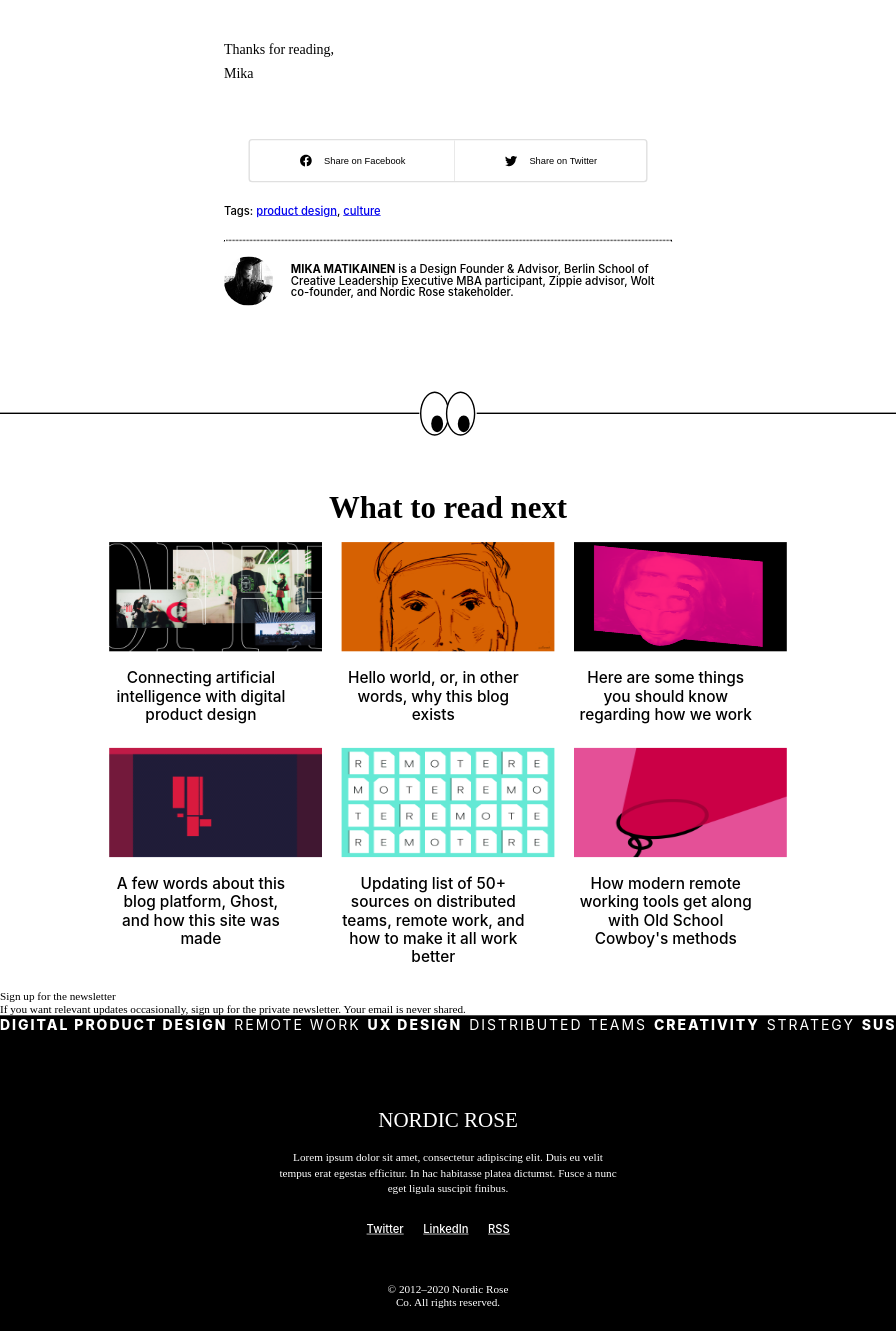
Repository: ThuTrang-jvb/JVB-BT1
Page: Page 3/article.html
The author's editor kept a copy of each file at every save. The page is drawn from the files as they stood at one save, then again after the next save.
The browser window is 1280 px wide. The pictures show the part of the page from y = 3379 to 5299 px (the page is 5280 px tall before and 5299 px after), at 70% of full size.

Above is the page before, as saved 2025-06-30 09:51:45.

### Page 3/article.html
<!DOCTYPE html>
<html lang="en">
<head>
    <meta charset="UTF-8">
    <meta name="viewport" content="width=device-width, initial-scale=1.0">
    <link rel="stylesheet" href="styleArticle.css">
    <link href="https://fonts.googleapis.com/css2?family=Playfair+Display&display=swap" rel="stylesheet">
    <title>Article</title>
</head>
<body>
    <div class="header">
        <h1>NORDIC ROSE</h1>
        <div class="nav">
            <p class="active">blog</p>
            <p>about</p>
            <p>links</p>
            <p>projects</p>
        </div>
        <div class="hamburger">
            <span></span>
            <span></span>
            <span></span>
        </div>
    </div>
    <hr>
    <div class="main">
        <div class="title">
            <h1>A few words about this blog platform, Ghost, and how this site was made</h1>
            <p>Why Ghost (& Figma) instead of Medium, <br> WordPress or other options?</p>
            <img src="image/image 2.png" alt="image 2">
            <hr>
        </div>
        <div class="status">
            <div class="status_img">
                <img src="image/anh_nen.png" alt="image 3">
                <div class="status_text">
                    <p class="bold_p">Mika MAtikainen</p>
                    <p>Apr 15, 2020 · 4 min read</p>
                </div>

            </div>

            <div class="share-buttons">
                <button class="share-btn" aria-label="Share on Facebook">
                    <svg width="18" height="18" viewBox="0 0 24 24" fill="#000" xmlns="http://www.w3.org/2000/svg">
                    <path d="M22 12.07C22 6.48 17.52 2 12 2S2 6.48 2 12.07c0 5 3.66 9.13 8.44 9.93v-7.03h-2.54v-2.9h2.54V9.41c0-2.5 1.49-3.89 3.77-3.89 1.09 0 2.24.2 2.24.2v2.46h-1.26c-1.24 0-1.63.77-1.63 1.56v1.87h2.78l-.44 2.9h-2.34v7.03C18.34 21.2 22 17.07 22 12.07z"/>
                    </svg>
                </button>
                <button class="share-btn" aria-label="Share on Twitter">
                    <svg width="18" height="18" viewBox="0 0 24 24" fill="#000" xmlns="http://www.w3.org/2000/svg">
                    <path d="M22.46 6c-.77.35-1.6.58-2.46.69a4.28 4.28 0 0 0 1.88-2.36 8.56 8.56 0 0 1-2.71 1.04 4.26 4.26 0 0 0-7.26 3.88 12.09 12.09 0 0 1-8.77-4.45 4.26 4.26 0 0 0 1.32 5.69 4.23 4.23 0 0 1-1.93-.53v.05a4.26 4.26 0 0 0 3.42 4.17 4.29 4.29 0 0 1-1.92.07 4.26 4.26 0 0 0 3.98 2.96A8.54 8.54 0 0 1 2 19.54 12.07 12.07 0 0 0 8.29 21.5c7.55 0 11.68-6.26 11.68-11.68 0-.18 0-.35-.01-.53A8.36 8.36 0 0 0 22.46 6z"/>
                    </svg>
                </button>
            </div>
        </div>
        <div class="caption">
            <pre>Lorem ipsum dolor sit amet, consectetur adipiscing elit. Duis eu velit
tempus erat egestas efficitur. In hac habitasse platea dictumst. Fusce a
nunc eget ligula suscipit finibus. Aenean pharetra quis lacus at viverra.

Class aptent taciti sociosqu ad litora torquent per conubia nostra, per
inceptos himenaeos. Aliquam quis posuere ligula. In eu dui molestie, molestie
lectus eu, semper lectus.</pre>
            <h2>Next on the pipeline</h2>
            <pre>Duis eu velit tempus erat egestas efficitur. In hac habitasse platea
dictumst. Fusce a nunc eget ligula suscipit finibus. Aenean pharetra
quis lacus at viverra. Class aptent taciti sociosqu ad litora torquent per
conubia nostra, per inceptos himenaeos.

Morbi efficitur auctor metus, id mollis lorem pellentesque id. Nullam
posuere maximus dui et fringilla. </pre>
            <figure>
                <img src="image/3cc5df540f70fc0ba5d96cdc94c3d237971a9b6e.jpg" alt="Rectangle 8">
                <figcaption>Image caption centered this way and I’ll make this a bit longer to indicate the amount of line-height. </figcaption>
            </figure>
            <pre>Aenean pharetra quis lacus at viverra. Class aptent taciti sociosqu ad
litora torquent per conubia nostra, per inceptos himenaeos. Aliquam
quis posuere ligula.

In eu dui molestie, molestie lectus eu, semper lectus. Proin at justo
lacinia, auctor nisl et, consequat ante. Donec sit amet nisi arcu. Morbi
efficitur auctor metus, id mollis lorem pellentesque id. Nullam
posuere maximus dui et fringilla. Nulla non volutpat leo.</pre>
            <p>A list looks like this:</p>
            <ul>
                <li>First item in the list</li>
                <li>Second item in the list lorem ipsum dolor sit amet nunc felis dolor lorem ipsum sit amet</li>
                <li>Third item in the list</li>
            </ul>
            <p>Class aptent taciti sociosqu ad litora torquent per conubia nostra, per inceptos himenaeos. Aliquam quis posuere ligula. </p>
            <p>Thanks for reading,<br>
            Mika</p>
        </div>
        <div class="links">
            <div class="share-buttons">
                <button class="share-btn" aria-label="Share on Facebook">
                    <svg width="18" height="18" viewBox="0 0 24 24" fill="#000" xmlns="http://www.w3.org/2000/svg">
                        <path d="M22 12.07C22 6.48 17.52 2 12 2S2 6.48 2 12.07c0 5 3.66 9.13 8.44 9.93v-7.03h-2.54v-2.9h2.54V9.41c0-2.5 1.49-3.89 3.77-3.89 1.09 0 2.24.2 2.24.2v2.46h-1.26c-1.24 0-1.63.77-1.63 1.56v1.87h2.78l-.44 2.9h-2.34v7.03C18.34 21.2 22 17.07 22 12.07z"/>
                        <span>Share on Facebook</span>
                    </svg>
                </button>
                <button class="share-btn" aria-label="Share on Twitter">
                    <svg width="18" height="18" viewBox="0 0 24 24" fill="#000" xmlns="http://www.w3.org/2000/svg">
                    <path d="M22.46 6c-.77.35-1.6.58-2.46.69a4.28 4.28 0 0 0 1.88-2.36 8.56 8.56 0 0 1-2.71 1.04 4.26 4.26 0 0 0-7.26 3.88 12.09 12.09 0 0 1-8.77-4.45 4.26 4.26 0 0 0 1.32 5.69 4.23 4.23 0 0 1-1.93-.53v.05a4.26 4.26 0 0 0 3.42 4.17 4.29 4.29 0 0 1-1.92.07 4.26 4.26 0 0 0 3.98 2.96A8.54 8.54 0 0 1 2 19.54 12.07 12.07 0 0 0 8.29 21.5c7.55 0 11.68-6.26 11.68-11.68 0-.18 0-.35-.01-.53A8.36 8.36 0 0 0 22.46 6z"/>
                    <span>Share on Twitter</span>
                    </svg>
                </button>
            </div>
        </div>
        <div class="tag">
            <p>Tags: <a href="#">product design</a>, <a href="#">culture</a></p>
            <hr>
            <div class="status_tag">
                <img src="image/anh_nen.png" alt="image 3">
                <div class="status_text_end">
                    <p> <b>MIKA MATIKAINEN</b> is a Design Founder & Advisor, Berlin School of Creative Leadership Executive MBA participant, Zippie advisor, Wolt co-founder, and Nordic Rose stakeholder.  </p>
                </div>

            </div>
        </div>
    </div>
    <div class="divider">
        <div class="path"></div>
        <div class="eyes">
            <div class="eye eye-left">
                <div class="pupil"></div>
            </div>
            <div class="eye eye-right">
                <div class="pupil"></div>
            </div>
        </div>
        <div class="path"></div>
    </div>
    <div>
        <h3>What to read next</h3>
        <div class="image">
            <div class="image_line">
                <img src="image/image1.png" alt="Rectangle 4">
                <p>Connecting artificial intelligence with digital product design</p>
            </div>
            <div class="image_line">
                <img src="image/image2.png" alt="Rectangle 11">
                <p>Hello world, or, in other words, why this blog exists</p>
            </div>
            <div class="image_line">
                <img src="image/image.png" alt="Rectangle 10">
                <p>Here are some things you should know regarding how we work </p>
            </div>
        </div>
        <div class="image_desktop">
            <div class="image_line">
                <img src="image/image13.png" alt="Rectangle 37">
                <p>A few words about this blog platform, Ghost, and how this site was made</p>
            </div>
            <div class="image_line">
                <img src="image/image12.png" alt="Rectangle 39">
                <p>Updating list of 50+ sources on distributed teams, remote work, and how to make it all work better</p>
            </div>
            <div class="image_line">
                <img src="image/image11.png" alt="Rectangle 38">
                <p>How modern remote working tools get along with Old School Cowboy's methods</p>
            </div>
        </div>
    </div>
    <div>
        <p>Sign up for the newsletter</p>
        <p>If you want relevant updates occasionally, sign up for the private newsletter. Your email is never shared. </p>
    </div>



    <div class="footer">
        <div class="line-wrap">
            <div class="line">
                <span class="bold">Digital product design</span>
                <span>Remote work</span>
                <span class="bold">UX design</span>
                <span>Distributed teams</span>
                <span class="bold">Creativity</span>
                <span>Strategy</span>
                <span class="bold">Suspense</span>
                <span>Growth</span>
            </div>
        </div>
        <p class="logo">NORDIC ROSE</p>
        <p class="para">Lorem ipsum dolor sit amet, consectetur adipiscing elit. Duis eu velit tempus erat egestas efficitur. In hac habitasse platea dictumst. Fusce a nunc eget ligula suscipit finibus. </p>
        <div class="info">
            <p>Twitter</p>
            <p>LinkedIn</p>
            <p>RSS</p>
        </div>
        <p class="year">© 2012–2020 Nordic Rose Co. All rights reserved. </p>
    </div>
</body>
</html>

### Page 3/styleArticle.css
 * {
    margin: 0;
    padding: 0;
    box-sizing: border-box;
 }
.header {
    width: 100%;
    max-width: 1440px;
    height: auto;
    box-sizing: border-box;
    justify-content: space-between;
    align-items: center;
    display: flex;
    gap: 476.59px;
    padding: 52.54px 61px 40px 63.58px;
    height: 134px;
}
.header h1 {
    font-weight: 400;
    font-size: 30px;
}
.hamburger {
  display: none;
  flex-direction: column;
  gap: 5px;
  cursor: pointer;
}

.hamburger span {
  width: 25px;
  height: 3px;
  background-color: black;
  display: block;
  border-radius: 2px;
}
.nav {
    display: flex;
    justify-content: center;
    gap: 34px;
}
.nav p {
    position: relative;
    font-family: New York Small;
    font-weight: 500;
    font-size: 20px;
    line-height: 170%;
    letter-spacing: 2.8px;
    text-align: center;
    text-transform: uppercase;
    margin: 0;
    text-decoration: none;

}

.nav p.active::after {
    content: "";
    position: absolute;
    bottom: -43px;
    left: 50%;
    transform: translateX(-50%);
    width: 50px;
    height: 2px;
    background-color: #000;
}

hr {
  width: 100vw;
  border: none;
  border-top: 1px solid #ccc;
  margin: 0;
}
.title img {
    width: 100vw;
    height: auto;
    display: block;
    padding-bottom: 44px;
    margin: 0 auto;
}
.title h1 {
    font-family: New York Extra Large;
    font-weight: 700;
    font-size: 54px;
    line-height: 100%;
    letter-spacing: 0%;
    text-align: center;
    margin: 0 auto;
    max-width: 858px;
    padding-top: 52px;
    padding-bottom: 32px;
}
.title p {
    font-family: SF Mono;
    font-weight: 400;
    font-size: 20px;
    line-height: 170%;
    letter-spacing: 0%;
    text-align: center;
    max-width: 592px;
    margin: 0 auto;
    padding-bottom: 52px;

}
.title hr {
    border: 2px solid #000000;
    width: 640px;
    display: block;
    margin: 0 auto;
}
.status_img img {
    width: 56px;
    height: 56px;
    object-fit: cover;
    border-radius: 50%;
}
.share-buttons {
    display: flex;
    border: 2px solid #e0e0e0;
    border-radius: 5px;
    overflow: hidden;
    width: fit-content;
    background-color: #fff;
    margin-left: 273px;
    margin-top: 1px;
}
.share-btn {
    border: none;
    padding: 12.04px 25px;
    background: transparent;
    cursor: pointer;
    display: flex;
    align-items: center;
    justify-content: center;
    outline: none;
    gap: 16px;
}

.share-btn + .share-btn {
    border-left: 1px solid #e0e0e0;
}

.share-btn svg {
    width: 20px;
    height: 20px;
}
.status {
    display: flex;
    justify-content: center;
    align-items: center;
}
.status_img {
    display: flex;
    align-items: center;
    gap: 5px;
    padding-top: 24px;
    padding-bottom: 53px;
}
.bold_p {
    max-width: 191px;
    font-family: SF Pro Text;
    font-weight: 700;
    font-size: 16px;
    line-height: 100%;
    letter-spacing: 5%;
    text-transform: uppercase;
}
.status_text p {
    font-family: SF Pro Text;
    font-weight: 400;
    font-size: 16px;
    line-height: 100%;
    letter-spacing: 0%;
}
.status_text {
    padding-top: 5px;
}
.caption pre{
    text-align: left;
    margin: 0 auto;
    max-width: 640px;
    font-family: 'SF Pro Text', 'New York Medium', serif;
    font-weight: 400;
    font-size: 20px;
    line-height: 170%;
    letter-spacing: 0%;

}

.caption h2 {
    font-family: SF Pro Display;
    font-weight: 700;
    font-size: 32px;
    line-height: 160%;
    letter-spacing: 0%;
    padding-top: 57px;
    padding-bottom: 24px;
    text-align: left;
    max-width: 640px;
    margin: 0 auto;
}
.caption img {
    width: 854px;
    height: 570px;
    display: block;
    margin: 0 auto;
    padding-top: 52px;
    padding-bottom: 12px;
}
figcaption {
    max-width: 481px;
    text-align: center;
    margin: 0 auto;
    padding-bottom: 52px;
}
.caption p {
    font-family: New York Medium;
    font-weight: 400;
    font-size: 20px;
    line-height: 170%;
    letter-spacing: 0%;
    text-align: left;
    margin: 0 auto;
    max-width: 640px;
    padding-top: 52px;
}
li {
    font-family: New York Medium;
    font-weight: 400;
    font-size: 20px;
    line-height: 170%;
    letter-spacing: 0%;
    text-align: left;
    margin: 0 auto;
    max-width: 588px;
}
ul {
    padding-top: 19px;
}
.links {
    display: block;
    margin: 0 auto;
    padding-top: 77px;

}
.links .share-buttons{
    margin: 0 auto;
}
.links .share-btn {
    padding: 19px 70px;
}
.tag p {
    max-width: 640px;
    text-align: left;
    margin: 0 auto;
    padding-top: 32px;
    padding-bottom: 34px;
    font-family: SF Pro Text;
    font-weight: 500;
    font-size: 16px;
    line-height: 100%;
    letter-spacing: 3%;

}
.tag hr {
    border: 1px dotted #000000;
    width: 640px;
    display: block;
    margin: 0 auto;
}
.status_text_end {
    display: flex;
    max-width: 543px;
    text-align: left;
    margin: 0 auto;
    font-family: SF Pro Text;
    font-weight: 400;
    font-size: 16px;
    line-height: 160%;
    letter-spacing: 5%;

}
.status_tag img {
    width: 70px;
    height: 70px;
    object-fit: cover;
    border-radius: 50%;
}
.status_tag {
    display: flex;
    align-items: center;
    gap: 24px;
    max-width: 640px;
    margin: 0 auto;
}



.footer {
    background-color: #000000;
    color: white;
    text-align: center;
    padding-bottom:32px;
}
.bold {
    font-weight: 800;
}
.line {
    display: flex;
    flex-wrap: nowrap;
    overflow-x: auto;
    max-width: 100%;
    letter-spacing: 2.8px;
    white-space: nowrap;
    padding-bottom: 105.12px;
    scrollbar-width: none;
    gap: 10px;
}
.line::-webkit-scrollbar {
    display: none;
}
.line-wrapper {
  width: 100vw;
  overflow-x: auto;
}
.line span {
    font-family: SF Pro Text;
      font-size: 20px;
      color: #fff;
      text-transform: uppercase;
      display: inline-flex;
      flex-wrap: nowrap;
      justify-content: center;
      flex-shrink: 0;
      line-height: 28px;
}
    .divider {
      display: flex;
      align-items: center;
      justify-content: center;
      margin: 100px 0 40.71px;
    }

    .path {
      flex: 1;
      height: 2.5px;
      background-color: black;
    }

    .eyes {
      display: flex;
      width: 82px;
      height: 64px;
      align-items: center;
      position: relative;
    }

    .eye {
      width: 42.29px;
      height: 62.86px;
      background: white;
      border: 2.5px solid black;
      border-radius: 50%;
      position: absolute;
    }

    .eye-left {
      left: 0.5px;
    }

    .eye-right {
      left: 38px;
    }

    .pupil {
      width: 17.14px;
      height: 24.29px;
      background: black;
      border-radius: 50%;
      position: absolute;
      top: 55%;
      left: 38%;
    }
.image, .image_desktop {
    display: grid;
    grid-template-columns: repeat(3, 0fr);
    justify-content: center;
    gap: 28px
}
.image_line img {
    width: 304px;
    height: 176px;
    padding-bottom: 20px;
}
.image_line p {
    font-family: SF Pro Display;
    font-weight: 500;
    font-size: 22px;
    line-height: 120%;
    letter-spacing: 0%;
    text-align: center;
    max-width: 262px;
    padding-bottom: 34px;
}
h3 {
    font-family: New York Extra Large;
    font-weight: 700;
    font-size: 44px;
    line-height: 100%;
    letter-spacing: 0%;
    text-align: center;
    padding-top: 40.71px;
    padding-bottom: 27px;
}










.footer h1 {
    padding-bottom: 25.58px;
}
.para {
    font-family: New York Small;
    font-weight: 400;
    font-size: 16px;
    line-height: 140%;
    text-align: center;
    max-width: 488px;
    padding-bottom: 32px;
    margin: 0 auto;
}
.info {
    display: flex;
    justify-content: center;
    max-width: 209px;
    padding-bottom: 64px;
    margin: 0 auto;
}

.info p {
    margin: 0;
    font-family: SF Pro Text;
    font-weight: 500;
    font-size: 16px;
    line-height: 170%;
    text-decoration: underline;
    padding-right: 28px;
}
.logo {
    margin: 0;
    font-weight: 400;
    font-size: 30px;
    padding-bottom: 25.58px;
}
.footer .year {
    max-width: 178px;
    text-align: center;
    margin: 0 auto;
}
@media screen and (max-width: 767px) {
    .header {
        padding: 24px 20px;
        gap: 0;
    }

    .nav {
        display: none;
    }

    .hamburger {
        display: flex;
    }
    hr {
        width: 100%;
    }
    .main {
        padding: 52px 0 0 0;
    }

    .title img {
        width: 100%;
        height: auto;
        display: block;
        margin: 0;
    }

    .title h1 {
        font-size: 36px;
        max-width: 100%;
        text-align: center;
        padding-bottom: 24px;
        margin: 0 auto;
    }

    .title p {
        font-size: 16px;
        max-width: 90%;
        text-align: center;
        padding-bottom: 36px;
    }

    .title hr {
        width: 90%;

    }




    .line {
        margin: 0;
        padding-bottom: 32px;
        justify-content: flex-start;
        max-width: 100vw;
        overflow-x: auto;
    }

    .line span {
        font-size: 14px;
        line-height: 24px;
    }

    .logo {
        font-size: 20px;
        padding-bottom: 16px;
    }

    .para {
        font-size: 14px;
        padding-bottom: 32px;
        margin: 0 auto;
        max-width: 90%;
    }

    .info {
        justify-content: center;
        gap: 16px;
        font-size: 14px;
        padding-bottom: 64px;
        max-width: 100%;
    }

    .footer .year {
        font-size: 12px;
        padding: 0 16px;
    }
}

After the next save:
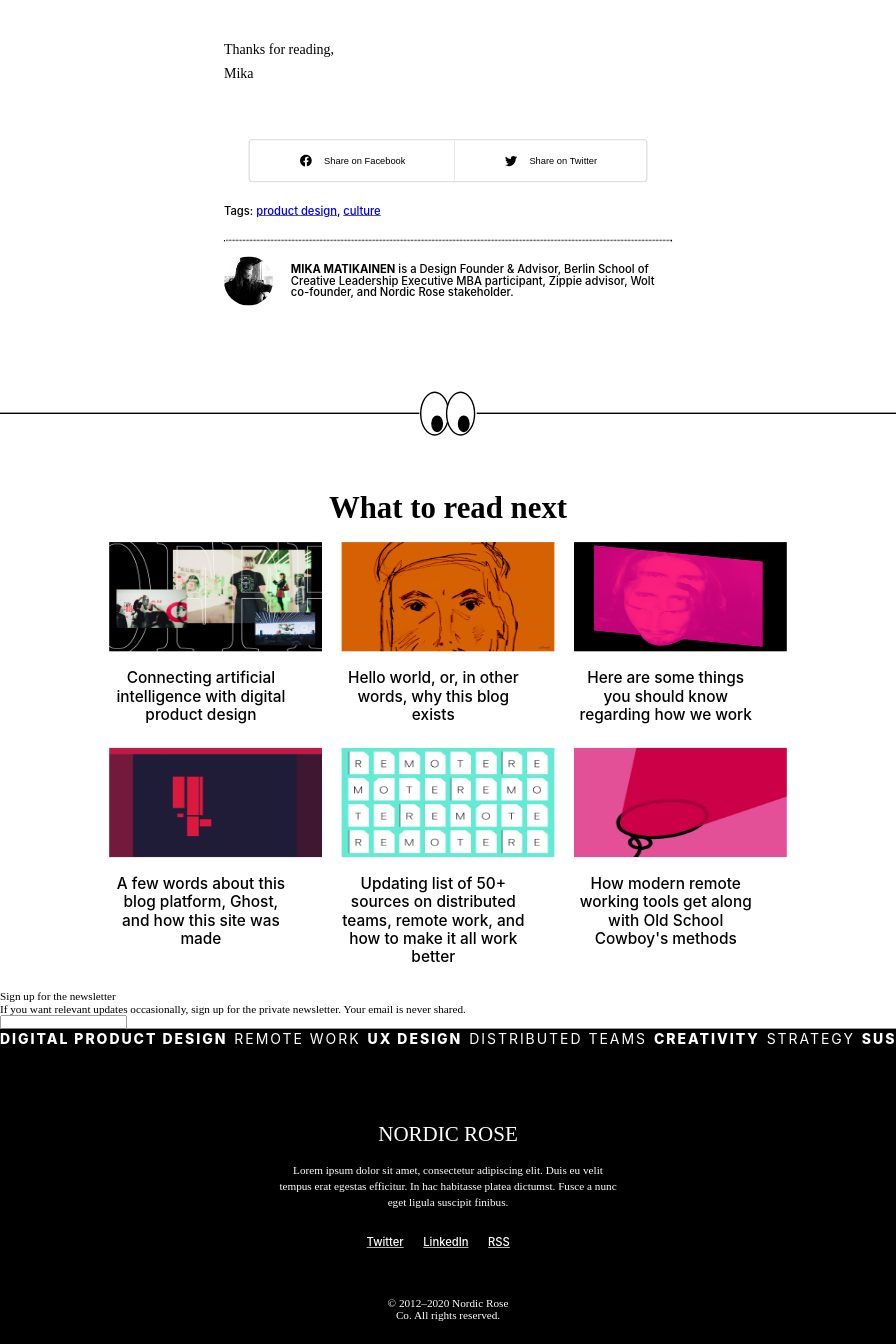
Saved 4 s later.
--- a/Page 3/article.html
+++ b/Page 3/article.html
@@ -165,6 +165,7 @@ posuere maximus dui et fringilla. Nulla non volutpat leo.</pre>
     <div>
         <p>Sign up for the newsletter</p>
         <p>If you want relevant updates occasionally, sign up for the private newsletter. Your email is never shared. </p>
+        <input type="text">
     </div>
 
 
